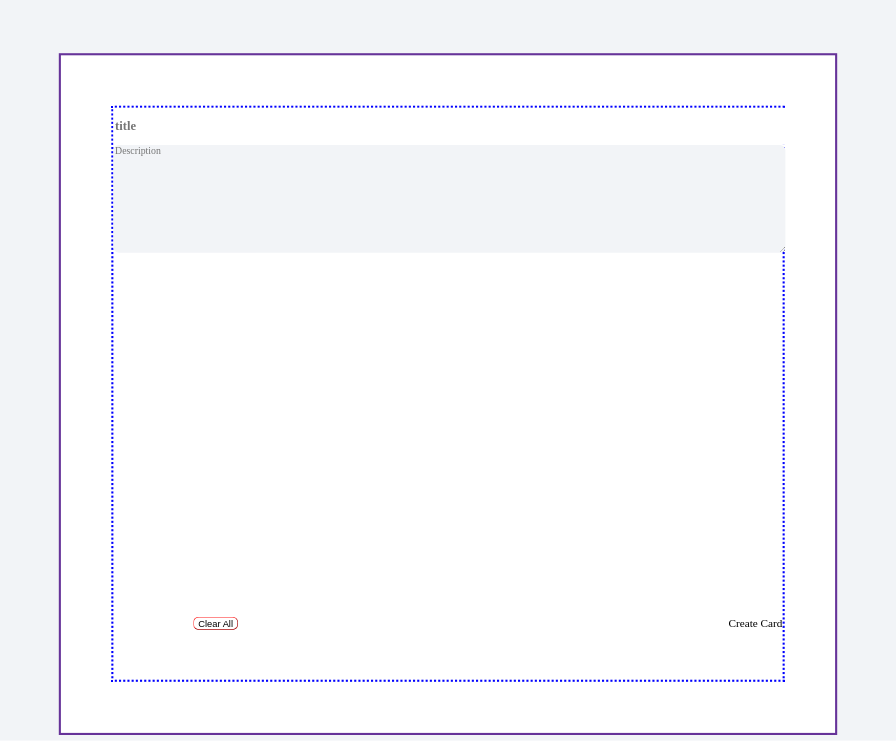
Repository: ReyhanehRahmani/TO-DO
Page: index.html
An editor plug-in stored every save of this project. The page is shown before and after the next save, followed by the edit.
The browser window is 1280 px wide. The pictures show the whole page, at 70% of full size.

Above is the page before, as saved 2025-06-07 22:36:08.

### index.html
<!DOCTYPE html>

<html lang="en">

    <head>

        <meta name="viewport" content="width=device-width, initial-scale=1.0" />

        <title>TO-DO</title>

        <link rel="icon" type="image/jpg" href="favicon.png">

        <link rel="stylesheet" href="style.css">

    </head>
    <body>
        <div id="main-card">
            <div id="content">
                <div >
                <div id="title">
                    <input type="text" id="titlebox" minlength="3" maxlength="30" placeholder="title">
                </div>
                <div id="description">
                    <textarea type="text" id="descriptionbox" maxlength="200" placeholder="Description"></textarea>
                </div>
                </div>

                <div id="buttons">
                    <div id="clear"><button id="clearbut">Clear All</button></div>
                    <div id="creat">Create Card</div>
                </div>
            </div>
        </div>
    </body>

### style.css
body{
    background-color: #F2F4F7;
}



#main-card{
    margin-left: 6%;
    margin-right: 6%;
    margin-top: 6%;
    background-color: #FFFFFF;
    border: solid rebeccapurple;
}

#content{
    margin-right: 6.557377049%;
    margin-left: 6.557377049%;
    margin-top: 6.557377049%;
    margin-bottom: 6.557377049%;
    border: dotted blue;
}

#titlebox{
    font-family: Poppins;
    font-weight: 700;
    font-size: 18px;
    line-height: 150%;
    letter-spacing: -2%;
    border: none;
    width: 100%;
    height: 51px;
}

#descriptionbox{
    border: none;
    width: 100%;
    font-family: 'Poppins';
    font-weight: 500;
    font-size: 14px;
    line-height: 100%;
    letter-spacing: -3%;
    height: 150px;
    border-radius: 8px;
    background: #F2F4F7;

}

#content{
    display: flex;
    flex-direction: column;
    justify-content: space-between;
    gap: 516px;
}

#buttons{
    display: flex;
    justify-content: space-between;
    gap: 100px;


}

#clear{
    width: 30.503144654%;
    height: 90px;
    text-align: center;
    justify-content: center;
}

#clearbut{
    border-radius: 8px;
    border-width: 1.4px;
    border-color: #FF1616;
    background-color: #FFFFFF;

}

After the next save:
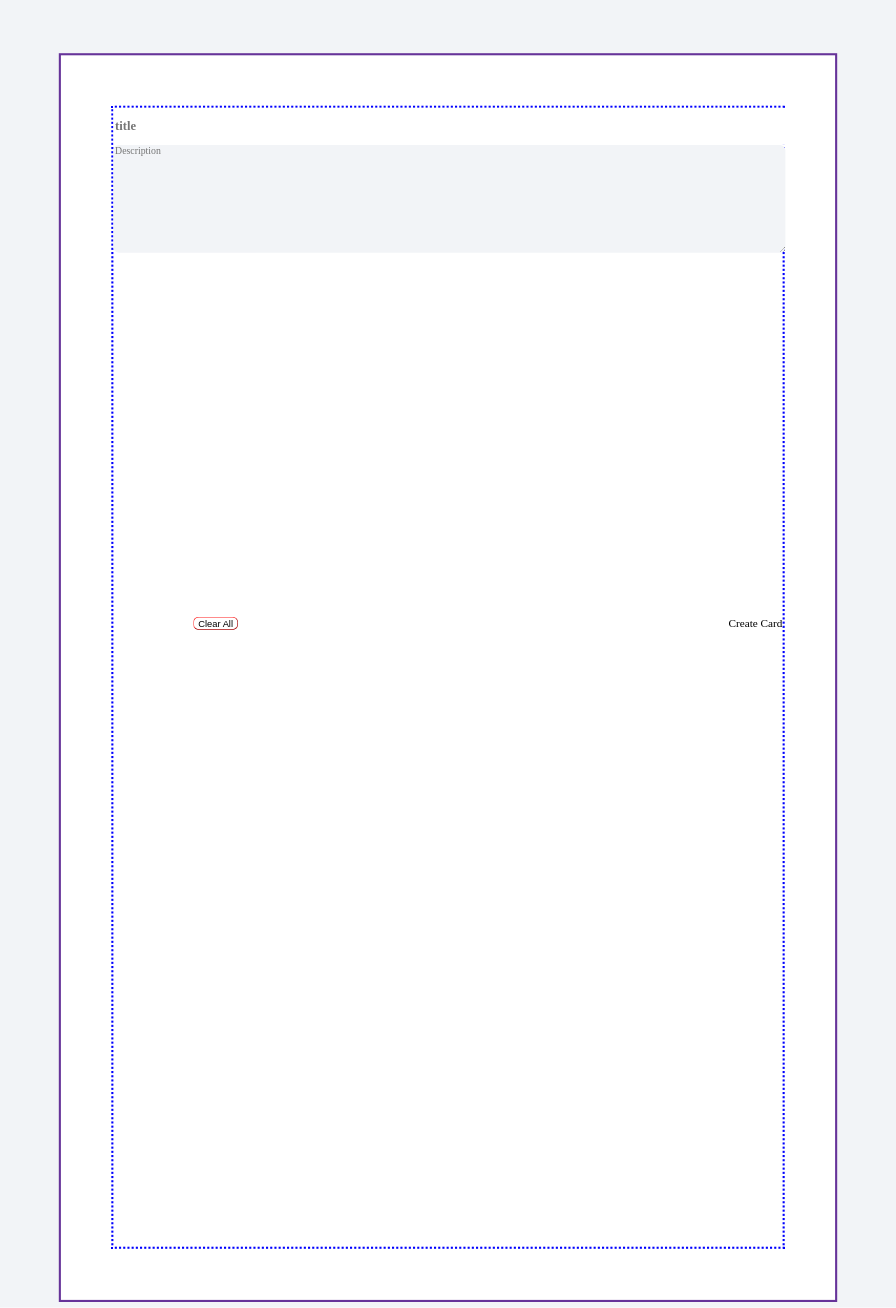
Saved 26 s later.
--- a/style.css
+++ b/style.css
@@ -62,7 +62,7 @@ body{
 
 #clear{
     width: 30.503144654%;
-    height: 90px;
+    height: 900px;
     text-align: center;
     justify-content: center;
 }
